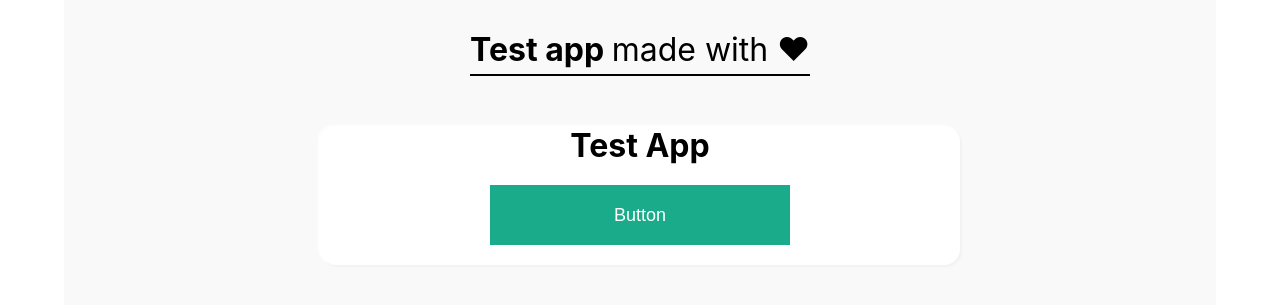
Repository: Khattak01/test-app
Page: /
The author's editor kept a copy of each file at every save. The page is drawn from the files as they stood at one save, then again after the next save.
The browser window is 1280 px wide. The pictures show the whole page.
The project was rebuilt for these pictures with package versions that can differ from the ones it lists, and the page was loaded fresh each time.

Above is the page before, as saved 2021-05-12 07:51:03.

### public/index.html
<!DOCTYPE html>
<html lang="en">
  <head>
    <meta charset="utf-8" />
    <link rel="icon" href="%PUBLIC_URL%/favicon.ico" />
    <meta name="viewport" content="width=device-width, initial-scale=1" />
    <meta name="theme-color" content="#000000" />
    <meta
      name="description"
      content="Web site created using create-react-app"
    />
    <link rel="apple-touch-icon" href="%PUBLIC_URL%/logo192.png" />
    <!--
      manifest.json provides metadata used when your web app is installed on a
      user's mobile device or desktop. See https://developers.google.com/web/fundamentals/web-app-manifest/
    -->
    <link rel="manifest" href="%PUBLIC_URL%/manifest.json" />
    <!--
      Notice the use of %PUBLIC_URL% in the tags above.
      It will be replaced with the URL of the `public` folder during the build.
      Only files inside the `public` folder can be referenced from the HTML.

      Unlike "/favicon.ico" or "favicon.ico", "%PUBLIC_URL%/favicon.ico" will
      work correctly both with client-side routing and a non-root public URL.
      Learn how to configure a non-root public URL by running `npm run build`.
    -->
    <title>Login App</title>
  </head>
  <body>
    <noscript>You need to enable JavaScript to run this app.</noscript>
    <div id="root"></div>
    <!--
      This HTML file is a template.
      If you open it directly in the browser, you will see an empty page.

      You can add webfonts, meta tags, or analytics to this file.
      The build step will place the bundled scripts into the <body> tag.

      To begin the development, run `npm start` or `yarn start`.
      To create a production bundle, use `npm run build` or `yarn build`.
    -->
  </body>
</html>

### src/index.js
import React from 'react';
import ReactDOM from 'react-dom';
import './index.css';
import App from '../src/components/app/App';

ReactDOM.render(
  <React.StrictMode>
      <App />
  </React.StrictMode>,
  document.getElementById('root')
);

### src/index.css
*{
  margin: 0;
  padding: 0;
  box-sizing: border-box;
}
body {
  margin: 0;
  font-family: -apple-system, BlinkMacSystemFont, 'Segoe UI', 'Roboto', 'Oxygen',
    'Ubuntu', 'Cantarell', 'Fira Sans', 'Droid Sans', 'Helvetica Neue',
    sans-serif;
  -webkit-font-smoothing: antialiased;
  -moz-osx-font-smoothing: grayscale;
}

code {
  font-family: source-code-pro, Menlo, Monaco, Consolas, 'Courier New',
    monospace;
}

.container{
  width:90%;
  margin:auto auto;
  background-color: #f9f9f9;
  padding: 10px;
}

### src/components/app/App.js
import React from 'react'
import './App.css'
import Banner from '../banner/Banner'

const App = () => {
    return (
        <div className="app container">
            <h1>Test app <span style={{fontWeight:'lighter'}}> made with </span> &#10084;</h1>
            <Banner />
        </div>
    )
}

export default App

### src/components/app/App.css
.app{
    padding: 30px 0;
    min-height:100vh;
    text-align: center;
}
.app > h1{
    display:inline-block;

    text-align:center;
    width: max-content;
    padding-bottom: 5px;
    border-bottom: 2px solid black;
    margin-bottom: 50px;
}

### src/components/banner/Banner.js
import React from 'react'
import classes from './Banner.module.css'

import Box from '../../UI/box/Box'

const Banner = () => {

    return (
        <Box className={classes.banner}>
            <h1>Test App</h1>
            <button className={classes.login__btn}>Button</button>
        </Box>
    )
}

export default Banner

### src/components/banner/Banner.module.css
.banner{
    width: 100%;
    max-width:40rem;
    min-width:50vh;
    /* border: 1px solid black; */
    margin: auto auto;

    display: flex;
    flex-direction: column;
    gap: 20px;
    padding: 20px;
    padding-top: 0;
}
.banner > *:not(:first-child){
    min-width: 300px !important;
    margin: auto auto;
}

.login__btn{
    width: 300px !important;
    display: flex;
    justify-content: center;
    align-items: center;
    background:#1AAB8A;
    color:#fff;
    border:none;
    position:relative;
    height:60px;
    font-size:18px;
    padding:0 20px;
    cursor:pointer;
    transition:800ms ease all;
    outline:none;
  }
  .login__btn:hover{
    background:#fff;
    color:#1AAB8A;
  }
  .login__btn:before,.login__btn:after{
    content:'';
    position:absolute;
    top:0;
    right:0;
    height:2px;
    width:0;
    background: #1AAB8A;
    transition:400ms ease all;
  }
  .login__btn:after{
    right:inherit;
    top:inherit;
    left:0;
    bottom:0;
  }
  .login__btn:hover:before,.login__btn:hover:after{
    width:100%;
    transition:800ms ease all;
  }

### src/UI/box/Box.js

import React from 'react'
import classes from './Box.module.css'

const Box = (props) => {
    return (
        <div onClick={props.onClick} className={[classes.box,props.className].join(' ')}>
            {props.children}
        </div>
    )
}

export default Box

### src/UI/box/Box.module.css
.box {
  background-color: #ffffff;
  transition: all 0.25s cubic-bezier(0.86, 1.26, 0.59, 1.03);
  /* min-height: 1rem; */
  /* padding: 1rem; */
  border-radius: 1rem;
  box-shadow: 2px 2px 2px #f2f2f2, -2px -1px 3px #ffffff;
}
.box:hover {
  /* transform: translateZ(0) scale(1.05); */
  backface-visibility: hidden;
}

After the next save:
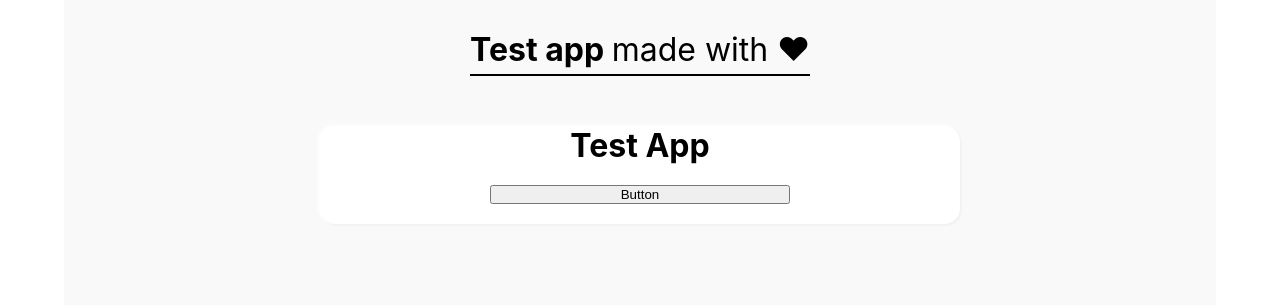
Saved 12 s later.
--- a/src/components/banner/Banner.module.css
+++ b/src/components/banner/Banner.module.css
@@ -16,7 +16,7 @@
     margin: auto auto;
 }
 
-.login__btn{
+.banner__btn{
     width: 300px !important;
     display: flex;
     justify-content: center;
@@ -32,11 +32,11 @@
     transition:800ms ease all;
     outline:none;
   }
-  .login__btn:hover{
+  .banner__btn:hover{
     background:#fff;
     color:#1AAB8A;
   }
-  .login__btn:before,.login__btn:after{
+  .banner__btn:before,.banner__btn:after{
     content:'';
     position:absolute;
     top:0;
@@ -46,13 +46,13 @@
     background: #1AAB8A;
     transition:400ms ease all;
   }
-  .login__btn:after{
+  .banner__btn:after{
     right:inherit;
     top:inherit;
     left:0;
     bottom:0;
   }
-  .login__btn:hover:before,.login__btn:hover:after{
+  .banner__btn:hover:before,.banner__btn:hover:after{
     width:100%;
     transition:800ms ease all;
   }
